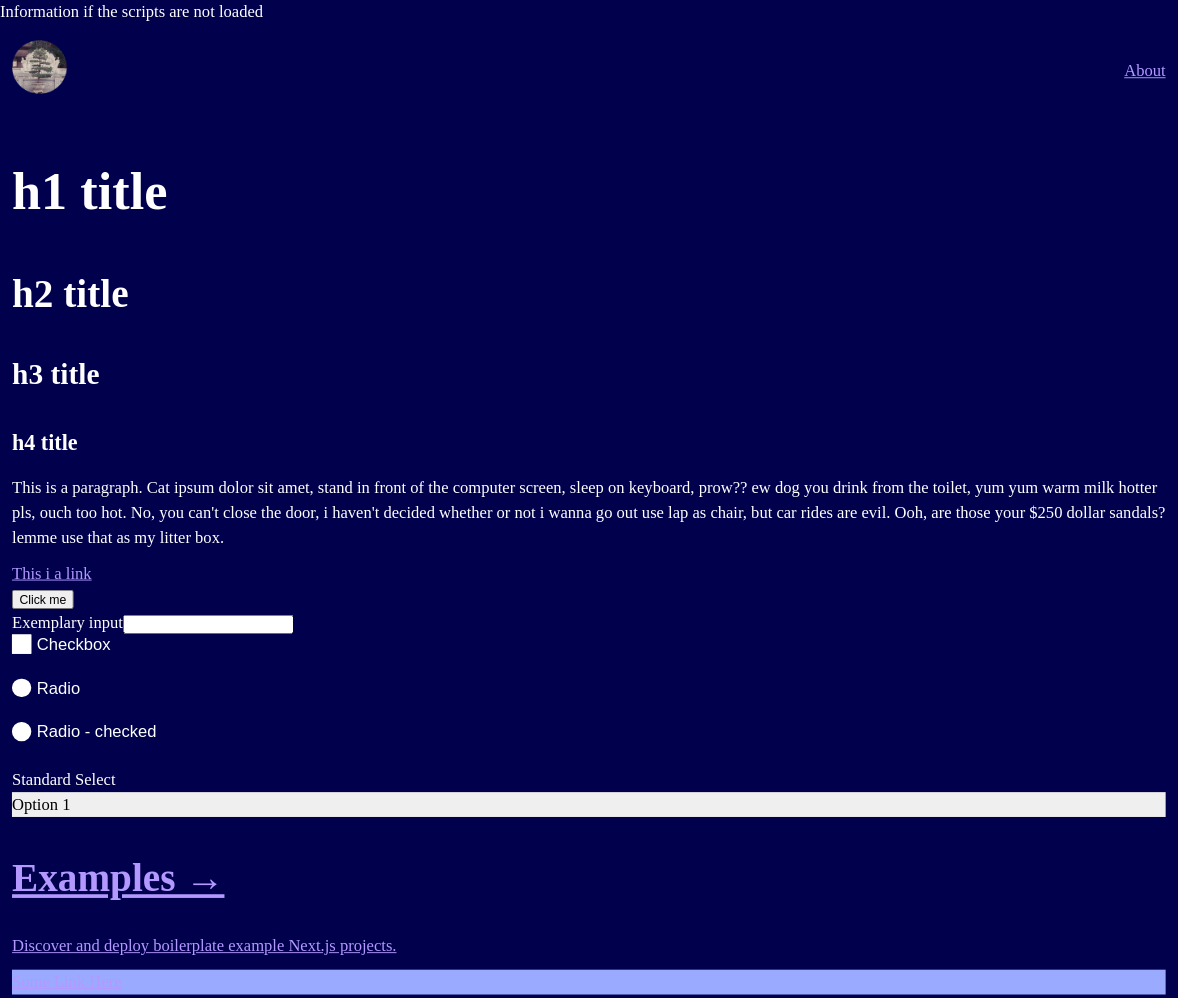
Repository: magiai/scent-app
Page: /
An editor plug-in stored every save of this project. The page is shown before and after the next save, followed by the edit.
The browser window is 1280 px wide. The pictures show the whole page, at 92% of full size.
The project was rebuilt for these pictures with package versions that can differ from the ones it lists, and the page was loaded fresh each time. The framework's server and built-in components were replaced by stand-ins that run in the browser.

Above is the page before, as saved 2022-05-25 15:26:32.

### pages/_app.tsx

import '../styles/variables.css';
import '../styles/global.css';
import '../styles/forms.css';
import { AppProps } from 'next/app';

function MyApp({ Component, pageProps }: AppProps) {
    return (
        <Component {...pageProps} />
    )
}

export default MyApp

### pages/_document.js
import { Html, Head, Main, NextScript } from "next/document";

export default function Document() {
    return (
        <Html lang="en">
            <Head>
                <meta charset="utf-8" />
                <meta http-equiv="X-UA-Compatible" content="IE=edge" />
                <meta name=" theme-color" content="#fff" />
                <meta name="viewport" content="width=device-width, initial-scale=1" />
                <meta name="robots" content="index, follow" />

                <title key="title">Application title</title>
                <link rel="icon" href="/favicon.ico"></link>
                <link rel="canonical" href="https://website.com/"></link>
                <meta name="description" content="Application description"></meta>

                {/* Open Graph Protocol */}
                <meta property="fb:page_id" content="" />
                <meta property="twitter:site" content="" />

                <meta property="og:title" content="Application title"/>
                <meta property="og:type" content="application"/>
                <meta property="og:url" content="https://website.com"/>
                <meta property="og:site_name" content=""/>
                <meta property="og:description" content="Application description"/>
                <meta property="og:image" content=""/>
                {/* /Open Graph Protocol */}

                <noscript>Information if the scripts are not loaded</noscript>
            </Head>
            <body>
                <Main />
                <NextScript />
            </body>
        </Html>
    )
}

### pages/index.tsx
import Head from 'next/head';
import Layout from '../components/layout';

export default function Home() {
  return (
    <Layout>
      <Head>
        <title key="title">Home</title>
      </Head>

      <main>
        <h1>h1 title</h1>
        <h2>h2 title</h2>
        <h3>h3 title</h3>
        <h4>h4 title</h4>

        <p>
            This is a paragraph. Cat ipsum dolor sit amet, stand in front of the computer screen, sleep on keyboard, prow?? ew dog you drink from the toilet, yum yum warm milk hotter pls, ouch too hot. No, you can't close the door, i haven't decided whether or not i wanna go out use lap as chair, but car rides are evil. Ooh, are those your $250 dollar sandals? lemme use that as my litter box.
        </p>

        <a href='/'>This i a link</a>
        <br />
        <button>Click me</button>
        <br />

        <form>
            <label>
                Exemplary input
                <input id="input-exemple" type="text"/>
            </label>
            <br />
            <label className="form-control">
                <input name="checkbox" type="checkbox"/>
                Checkbox
            </label>
            <br />
            <label className="form-control">
                <input name="radio" type="radio" disabled/>
                Radio
            </label>
            <br />
            <label className="form-control">
                <input name="radio" type="radio"/>
                Radio - checked
            </label>
            <br />
            <label htmlFor="standard-select">Standard Select</label>
            <div className="select">
                <select id="standard-select">
                    <option value="Option 1">Option 1</option>
                    <option value="Option 2">Option 2</option>
                    <option value="Option 3">Option 3</option>
                    <option value="Option 4">Option 4</option>
                    <option value="Option 5">Option 5</option>
                    <option value="Option length">
                    Option that has too long of a value to fit
                    </option>
                </select>
            </div>
        </form>


        <div className="grid">
          <a
            href="https://github.com/vercel/next.js/tree/master/examples"
            className="card"
          >
            <h2>Examples &rarr;</h2>
            <p>Discover and deploy boilerplate example Next.js projects.</p>
          </a>

        </div>
      </main>

    </Layout>
  )
}

### styles/variables.css
:root {
    --color--white: white;
    --color--black: black;

    --hue--base: 255;
    --saturation--base: 100%;
    --lightness--base: 80%;
    --opacity--base: 1;
    --color--lighten: 5%;
    --color--darken: 10%;
    --color--primary: hsla(var(--hue--base), var(--saturation--base), var(--lightness--base), var(--opacity--base));
    --color--primary--active: hsla(var(--hue--base),
                                    var(--saturation--base),
                                    calc(var(--lightness--base) + var(--color--lighten)),
                                    var(--opacity--base));

    --hue--secondary: 240;
    --saturation--secondary: 100%;
    --lightness--secondary: 15%;
    --color--secondary: hsla(var(--hue--secondary), var(--saturation--secondary), var(--lightness--secondary), var(--opacity--base));
    --color--secondary--active: hsla(var(--hue--secondary),
                                var(--saturation--secondary),
                                calc(var(--lightness--secondary) + var(--color--lighten)),
                                var(--opacity--base));

    --hue--error: 360;
    --hue--success: 130;
    --hue--information: 230;
    --color--disabled: hsla(var(--hue--information), 0, calc(var(--lightness--base) - var(--color--darken)), var(--opacity--base));
    --color--information: hsla(var(--hue--information), var(--saturation--base), var(--lightness--base), var(--opacity--base));
    --color--success: hsla(var(--hue--success), var(--saturation--base), var(--lightness--base), var(--opacity--base));
    --color--error: hsla(var(--hue--error), var(--saturation--base), var(--lightness--base), var(--opacity--base));

    --background-color: var(--color--secondary);

    --spacing__ratio: 1.414;
    --spacing__ratio--desktop: 1.618;
    --space--base: 0.5rem;
    --space--xs: var(--space--base);
    --space--s: calc(var(--space--xs) * var(--spacing__ratio));
    --space--m: calc(var(--space--s) * var(--spacing__ratio));
    --space--l: calc(var(--space--m) * var(--spacing__ratio));
    --space--xl: calc(var(--space--l) * var(--spacing__ratio));

    --font-size__ratio: 1.20;
    --font-size__ratio--desktop: 1.333;
    --font-size--base: 1.8rem;
    --font-size--h4: calc(var(--font-size--base) * var(--font-size__ratio));
    --font-size--h3: calc(var(--font-size--h4) * var(--font-size__ratio));
    --font-size--h2: calc(var(--font-size--h3) * var(--font-size__ratio));
    --font-size--h1: calc(var(--font-size--h2) * var(--font-size__ratio));
}

@media only screen and (min-width: 768px) {
    :root {
        --font-size__ratio: var(--font-size__ratio--desktop);
        --spacing__ratio: var(--spacing__ratio--desktop);
    }
}

### styles/global.css
html {
    font-size: 62.5%;
}

*,
*:before,
*:after {
    box-sizing: border-box;
}

body {
    margin: 0;
    color: var(--color--white);
    background-color: var(--background-color);
    font-size: var(--font-size--base);
    line-height: 1.5;
    /* line-height: calc(2px + 2ex + 2px); */
}

p,
li,
h1, h2, h3, h4, h5 {
  overflow-wrap: break-word;
  hyphens: auto;
  margin-bottom: 0.65em;
}

h1 {
    font-size: var(--font-size--h1);
}

h2 {
    font-size: var(--font-size--h2);
}

h3 {
    font-size: var(--font-size--h3);
}

h4 {
    font-size: var(--font-size--h4);
}

h5 {
    font-size: var(--font-size--h5);
}

a {
    color: var(--color--primary);
    padding-top: var(--space--s);
    padding-bottom: var(--space--s);
}

a:hover, a:active, a:focus {
    color: var(--color--primary--active);
}

### styles/forms.css
:root {
    --form-control__color: var(--color--secondary);
    --form-control--disabled: var(--color--disabled);
    --select-border: var(--color--primary);
    --select-focus: blue;
    --select-arrow: var(--select-border);
}

.form-control {
    font-family: system-iu, sans-serif;
    font-size: var(--font-size--base);
    line-height: 1.1;
    display: grid;
    grid-template-columns: 1em auto;
    gap: 0.5em;
}

input[type="radio"],
input[type="checkbox"] {
    --webkit-appearance: none;
    appearance: none;
    background-color: var(--color--white);
    margin: 0;
    font: inherit;
    color: currentColor;
    width: 1.15em;
    height: 1.15em;
    border: 0.15em solid currentColor;
    transform: translateY(-0.075em);
    display: grid;
    place-content: center;
}

input[type="radio"] {
    border-radius: 50%;
}

input[type="radio"]::before,
input[type="checkbox"]::before {
    content: "";
    width: 0.65em;
    height: 0.65em;
    transform: scale(0);
    transition: 120ms transform ease-in-out;
    box-shadow: inset 1em 1em var(--form-control__color);
    background-color: CanvasText;
}

input[type="radio"]::before {
    border-radius: 50%;
}

input[type="radio"]:checked::before,
input[type="checkbox"]:checked::before {
    transform: scale(1);
}

input[type="checkbox"]:checked::before {
    transform: scale(1);
    transform-origin: bottom left;
    clip-path: polygon(14% 44%, 0 65%, 50% 100%, 100% 16%, 80% 0%, 43% 62%);
}

input[type="radio"]:focus,
input[type="checkbox"]:focus {
    outline: max(2px, 0.15em) solid currentColor;
    outline-offset: max(2px, 0.15em);
}

input[type="radio"]:disabled,
input[type="checkbox"]:disabled {
    --form-control__color: var(--form-control--disabled);
    color: var(--form-control--disabled);
    cursor: not-allowed;
}

.form-control + .form-control {
    margin-top: 1em;
}

select {
    appearance: none;
    background-color: rbga(0, 0, 0, 0);
    border: none;
    padding: 0 1em 0 0;
    margin: 0;
    width: 100%;
    font-family: inherit;
    font-size: inherit;
    cursor: inherit;
    line-height: inherit;
    outline: none;
}

select::-ms-expand {
    display: none;
}

### components/layout.tsx
import React from 'react';
import Footer from './footer';
import Header from './header';
import styles from './layout.module.css'

export default function Layout({
  children,
  home
}: {
  children: React.ReactNode
  home?: boolean
}) {
    return (
        <div className = {styles.container}>
            <Header/>
            {children}
            <Footer/>
        </div>
    );
}

### components/footer.js
import styles from './footer.module.css';

export default function Footer() {

    return(
        <footer className = {styles.footer}>
            <a
            href="https://vercel.com?utm_source=create-next-app&utm_medium=default-template&utm_campaign=create-next-app"
            target="_blank"
            rel="noopener noreferrer"
            >
            Some Link Here
            </a>
      </footer>
    );
}

### components/header.tsx
import Link from 'next/link';
import Image from 'next/image';
import styles from './header.module.css';

export default function Header() {
    return (
        <header className = {styles.header}>
            <nav className = {styles.navigation}>
                <Link href="/">
                    <a>
                        <Image
                            src = "/images/logo.png"
                            height = {60}
                            width = {60}
                            alt = "Logo"
                        />
                    </a>
                </Link>
                <Link href="/about">
                    <a>About</a>
                </Link>
            </nav>
        </header>
    );
}

### components/layout.module.css
.container {
    padding-left: var(--space--m);
    padding-right: var(--space--m);
}

### components/footer.module.css
.footer {
    background-color: var(--color--information);
}

### components/header.module.css
.header {
    padding-top: var(--space--s);
    padding-bottom: var(--space--s);
}

.navigation {
    width: 100%;
    display: flex;
    flex-direction: row;
    justify-content: space-between;
    align-items: center;
}

After the next save:
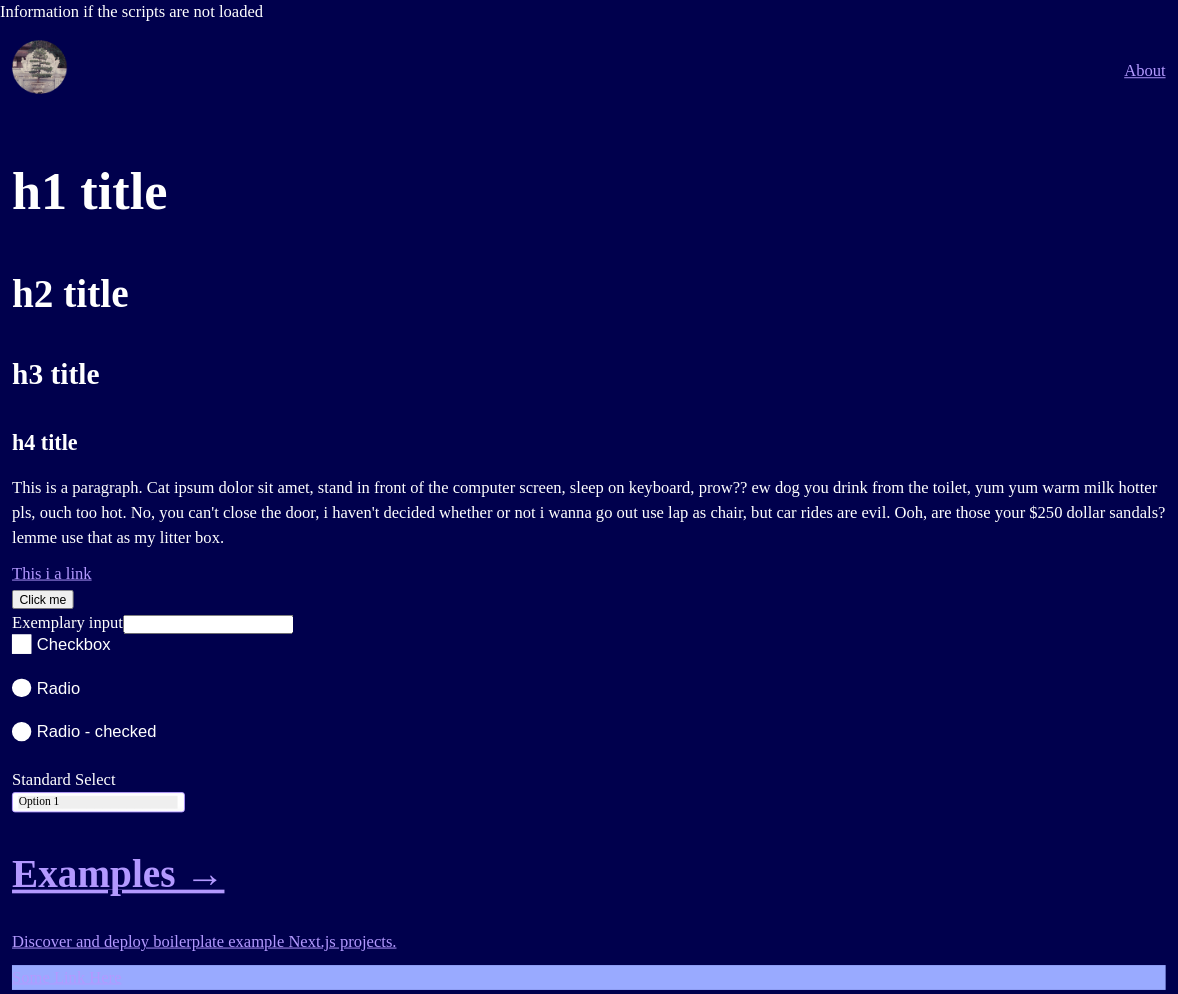
Saved 79 s later.
--- a/styles/forms.css
+++ b/styles/forms.css
@@ -95,3 +95,17 @@ select {
 select::-ms-expand {
     display: none;
 }
+
+.select {
+    width: 100%;
+    min-width: 15ch;
+    max-width: 30ch;
+    border: 1px solid var(--select-border);
+    border-radius: 0.25em;
+    padding: 0.25em 0.5em;
+    font-size: 1.25rem;
+    cursor: pointer;
+    line-height: 1.1;
+    background-color: var(--color--white);
+    background-image: linear-gradient(to top, #f9f9f9, #fff 33%);
+  }
